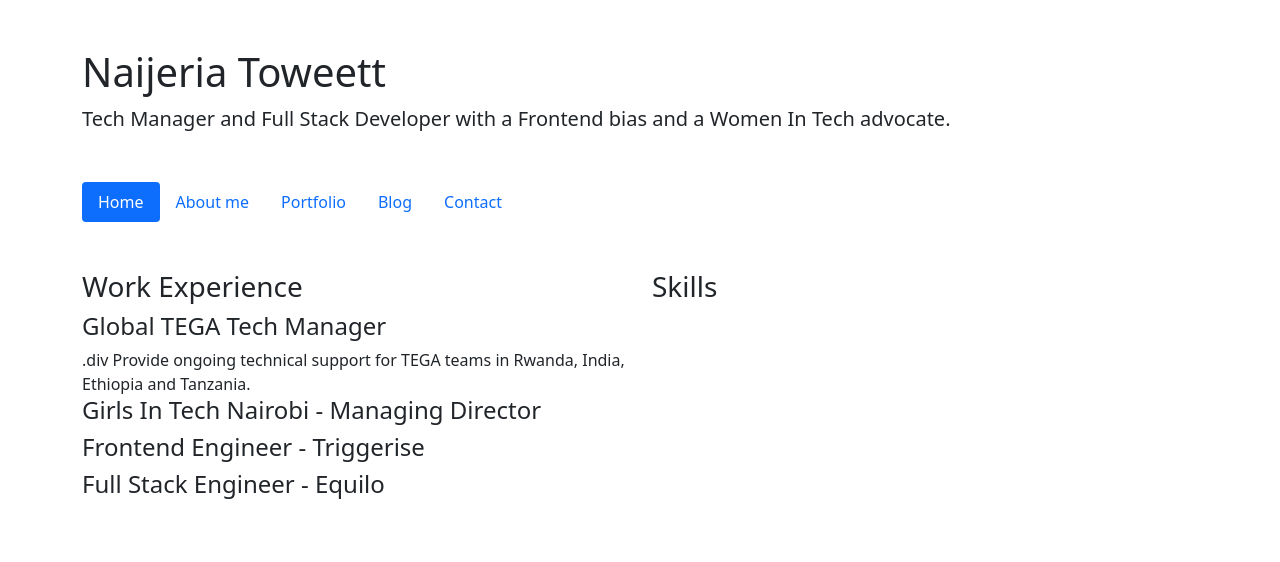
Repository: mamatechafrica/portfolio
Page: index.html
These files come from the project's save history. The page is drawn as it stood at one moment and after a run of saves; the edit follows.
The browser window is 1280 px wide. The pictures show the whole page.

Above is the page before, as saved 2022-01-04 14:05:00.

### index.html
<!doctype html>
<html lang="en">
    <head>
        <!-- Required meta tags -->
        <meta charset="utf-8">
        <meta name="viewport" content="width=device-width, initial-scale=1">

        <!-- Bootstrap CSS -->
        <link href="https://cdn.jsdelivr.net/npm/bootstrap@5.0.2/dist/css/bootstrap.min.css" rel="stylesheet" integrity="sha384-EVSTQN3/azprG1Anm3QDgpJLIm9Nao0Yz1ztcQTwFspd3yD65VohhpuuCOmLASjC" crossorigin="anonymous">

        <title>NashTheCoder portfolio</title>
    </head>
    <body>
        <div class="container my-5">
            <h1>Naijeria Toweett</h1>
            <p class="lead">
                Tech Manager and Full Stack Developer with a Frontend bias and a Women In Tech advocate.
            </p>
        </div>

        <div class="container">
            <nav>
                <ul class="nav nav-pills ">
                    <li class="nav-item">
                        <a class="nav-link active" aria-current="page" href="#">Home</a>
                    </li>
                    <li class="nav-item">
                        <a class="nav-link" href="#">About me</a>
                    </li>
                    <li class="nav-item">
                        <a class="nav-link" href="#">Portfolio</a>
                    </li>
                    <li class="nav-item">
                        <a class="nav-link" href="https://mumlovestech.com/" target="blank">Blog</a>
                    </li>
                    <li class="nav-item">
                        <a class="nav-link" href="#">Contact</a>
                    </li>
                </ul>
            </nav>
        </div>

        <div class="container mt-5">
            <div class="row">
                <div class="col">
                    <h3>Work Experience</h3>
                    <h4>Global TEGA Tech Manager</h4>
                    .div
                    Provide ongoing technical support for TEGA teams in Rwanda, India, Ethiopia and Tanzania.
                    <h4>Girls In Tech Nairobi - Managing Director</h4>
                    <h4>Frontend Engineer - Triggerise</h4>
                    <h4>Full Stack Engineer - Equilo</h4>
                </div>
                <div class="col">
                    <h3>Skills</h3>
                </div>
            </div>
        </div>

        <!-- Optional JavaScript; choose one of the two! -->

        <!-- Option 1: Bootstrap Bundle with Popper -->
        <script src="https://cdn.jsdelivr.net/npm/bootstrap@5.0.2/dist/js/bootstrap.bundle.min.js" integrity="sha384-MrcW6ZMFYlzcLA8Nl+NtUVF0sA7MsXsP1UyJoMp4YLEuNSfAP+JcXn/tWtIaxVXM" crossorigin="anonymous"></script>

        <!-- Option 2: Separate Popper and Bootstrap JS -->
        <!--
        <script src="https://cdn.jsdelivr.net/npm/@popperjs/core@2.9.2/dist/umd/popper.min.js" integrity="sha384-IQsoLXl5PILFhosVNubq5LC7Qb9DXgDA9i+tQ8Zj3iwWAwPtgFTxbJ8NT4GN1R8p" crossorigin="anonymous"></script>
        <script src="https://cdn.jsdelivr.net/npm/bootstrap@5.0.2/dist/js/bootstrap.min.js" integrity="sha384-cVKIPhGWiC2Al4u+LWgxfKTRIcfu0JTxR+EQDz/bgldoEyl4H0zUF0QKbrJ0EcQF" crossorigin="anonymous"></script>
        -->
    </body>
</html>

After the next 3 saves:
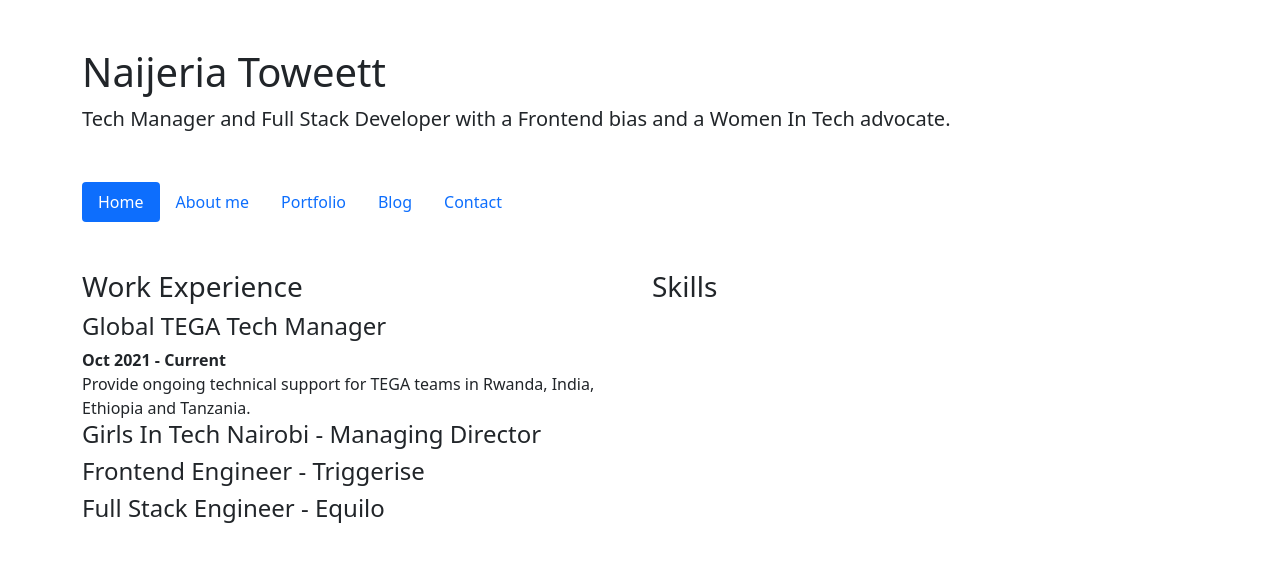
The 3 saves are shown as one change because they came seconds apart.
The last was saved 8 s later.
--- a/index.html
+++ b/index.html
@@ -45,7 +45,9 @@
                 <div class="col">
                     <h3>Work Experience</h3>
                     <h4>Global TEGA Tech Manager</h4>
-                    .div
+                    <div>
+                        <strong>Oct 2021 - Current</strong>
+                    </div>
                     Provide ongoing technical support for TEGA teams in Rwanda, India, Ethiopia and Tanzania.
                     <h4>Girls In Tech Nairobi - Managing Director</h4>
                     <h4>Frontend Engineer - Triggerise</h4>
